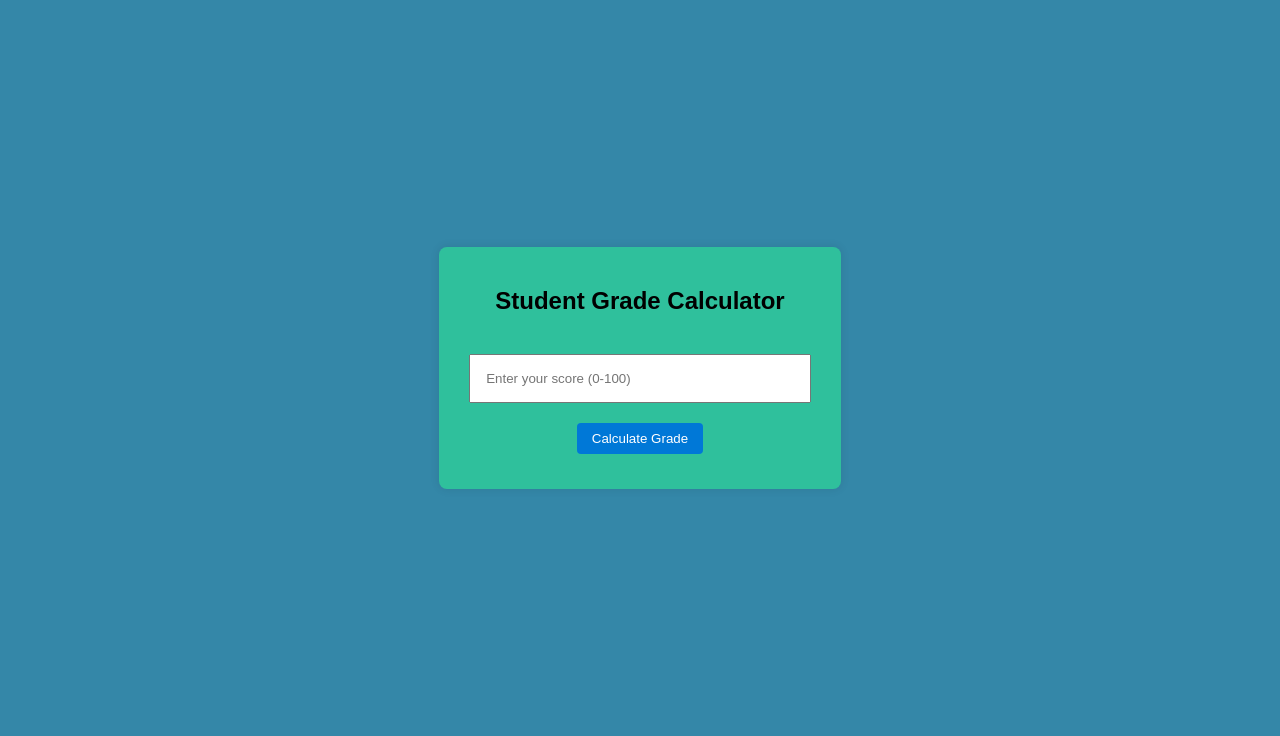
Repository: moshi704/web-dev-labs--group-1
Page: Week 5/Index.html
These files come from the project's save history. The page is drawn as it stood at one moment and after the next save; the edit follows.
The browser window is 1280 px wide. The pictures show the whole page.

Above is the page before, as saved 2026-06-23 17:35:47.

After the next save:
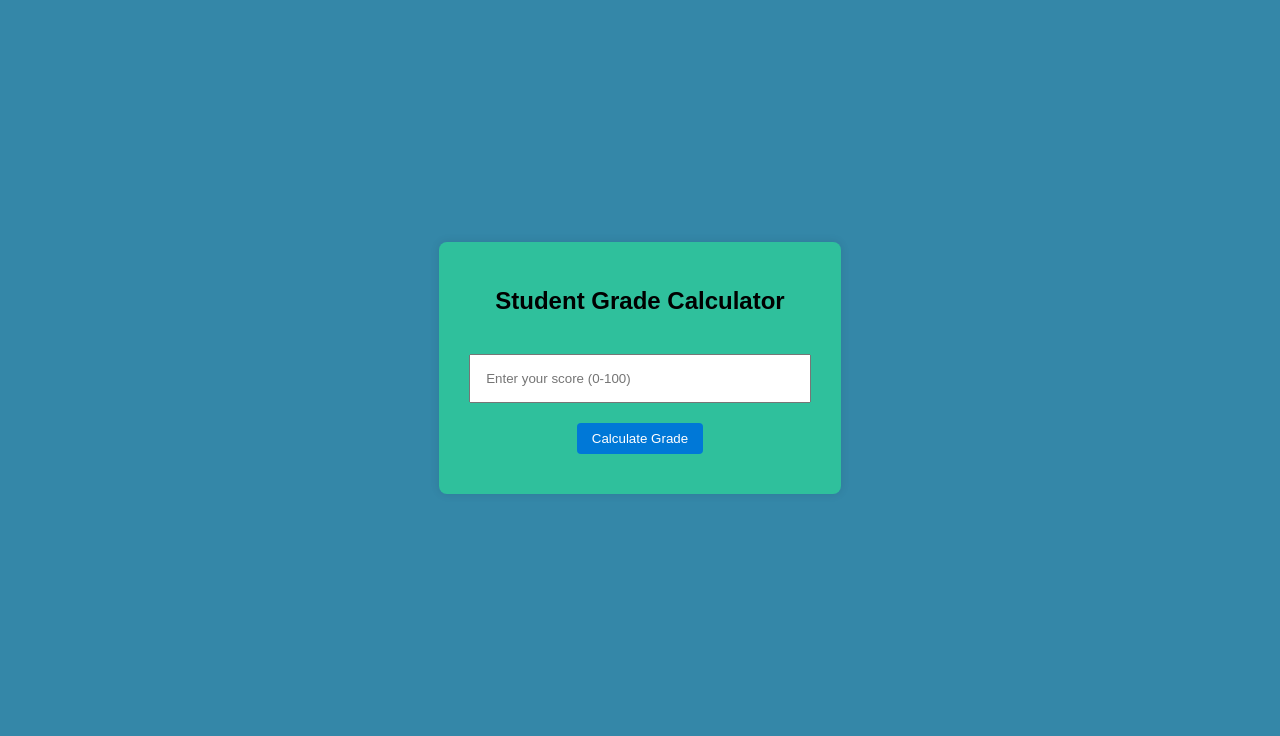
Saved 43 s later.
--- a/Week 5/style.css
+++ b/Week 5/style.css
@@ -9,7 +9,7 @@ body {
 
 .container {
   background: #2fc09c;
-  padding: 20px 30px;
+  padding: 25px 30px;
   border-radius: 8px;
   box-shadow: 0 0 10px rgba(0,0,0,0.1);
   text-align: center;
